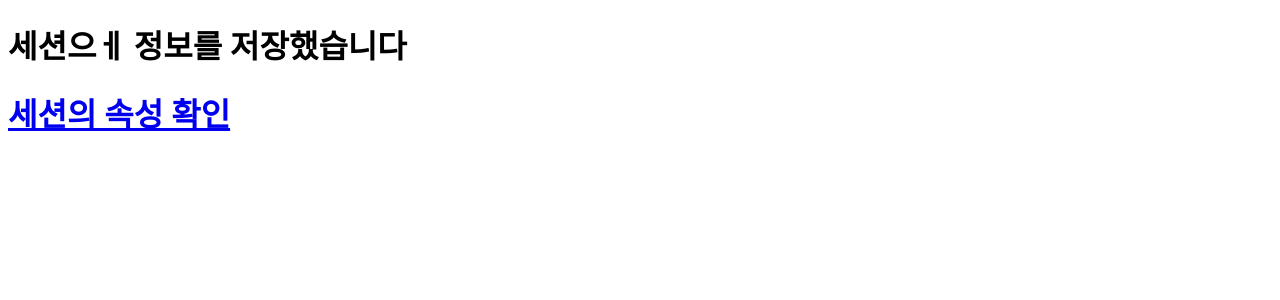
Repository: 2hundred2ne2/bit
Page: http://localhost/First_Web/session/session.jsp
The author's editor kept a copy of each file at every save. The page is drawn from the files as they stood at one save, then again after the next save.
The browser window is 1280 px wide. The pictures show the whole page.
The page is served by Tomcat 9. Other server files are loaded and not shown.

Above is the page before, as saved 2020-12-16 07:21:09.

### JSP_PROJECT/First_Web/WebContent/session/session.jsp
<%@ page language="java" contentType="text/html; charset=UTF-8"
    pageEncoding="UTF-8"%>
    <%  session.setAttribute("userName","손흥민");
    %>

<!DOCTYPE html>
<html>
<head>
<meta charset="UTF-8">
<title>session control</title>
</head>
<body>
<h1>세션으ㅔ 정보를 저장했습니다</h1>
<h1><a href="session.jspView">세션의 속성 확인</a></h1>

</body>
</html>

After the next save:
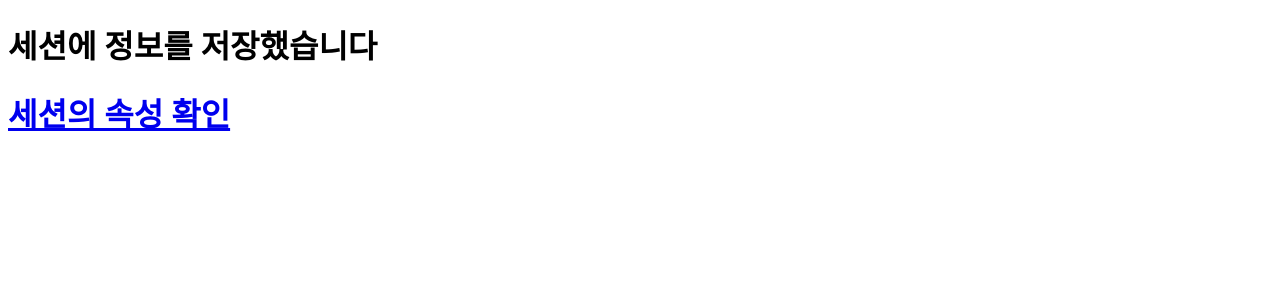
Saved 2 min 10 s later.
--- a/JSP_PROJECT/First_Web/WebContent/session/session.jsp
+++ b/JSP_PROJECT/First_Web/WebContent/session/session.jsp
@@ -1,7 +1,8 @@
 <%@ page language="java" contentType="text/html; charset=UTF-8"
-    pageEncoding="UTF-8"%>
-    <%  session.setAttribute("userName","손흥민");
-    %>
+	pageEncoding="UTF-8"%>
+<%
+	session.setAttribute("userName", "손흥민");
+%>
 
 <!DOCTYPE html>
 <html>
@@ -10,8 +11,9 @@
 <title>session control</title>
 </head>
 <body>
-<h1>세션으ㅔ 정보를 저장했습니다</h1>
-<h1><a href="session.jspView">세션의 속성 확인</a></h1>
+	<h1>세션에 정보를 저장했습니다</h1>
+	<h1>
+		<a href="sessionView.jsp">세션의 속성 확인</a></h1>
 
 </body>
 </html>
